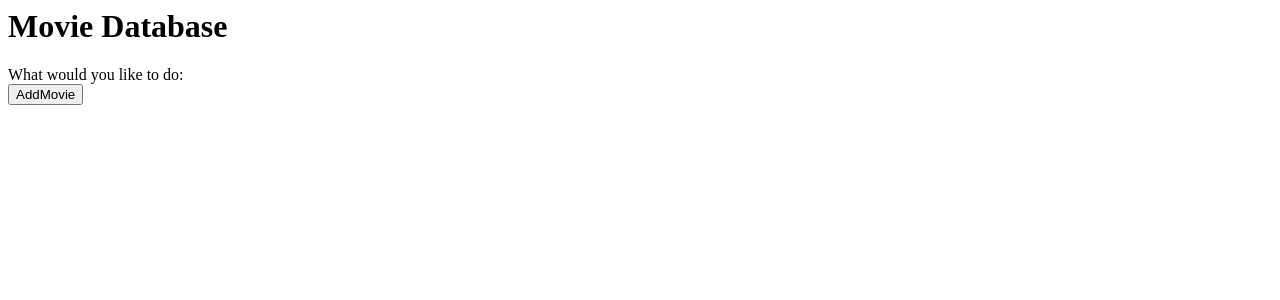
Repository: ndonnelly7/clinic-web-app
Page: Web App/ORMSQLTest/war/index.html
An editor plug-in stored every save of this project. The page is shown before and after the next save, followed by the edit.
The browser window is 1280 px wide. The pictures show the whole page.

Above is the page before, as saved 2014-01-10 10:40:04.

After the next save:
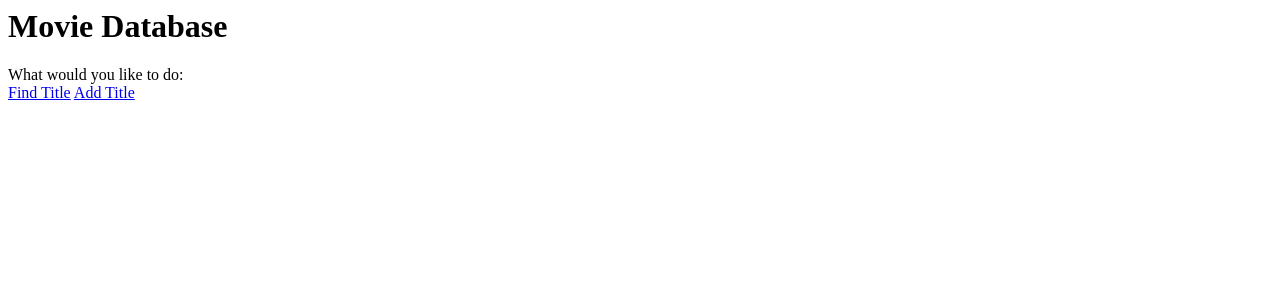
Saved 56 s later.
--- a/Web App/ORMSQLTest/war/index.html
+++ b/Web App/ORMSQLTest/war/index.html
@@ -16,6 +16,7 @@
     <h1>Movie Database</h1>
 
     What would you like to do: <br>
-    <input type="button" value="AddMovie">
+     <a href="./FindTitles.html">Find Title</a>
+   <a href="./AddTitle.html">Add Title</a>
   </body>
 </html>
